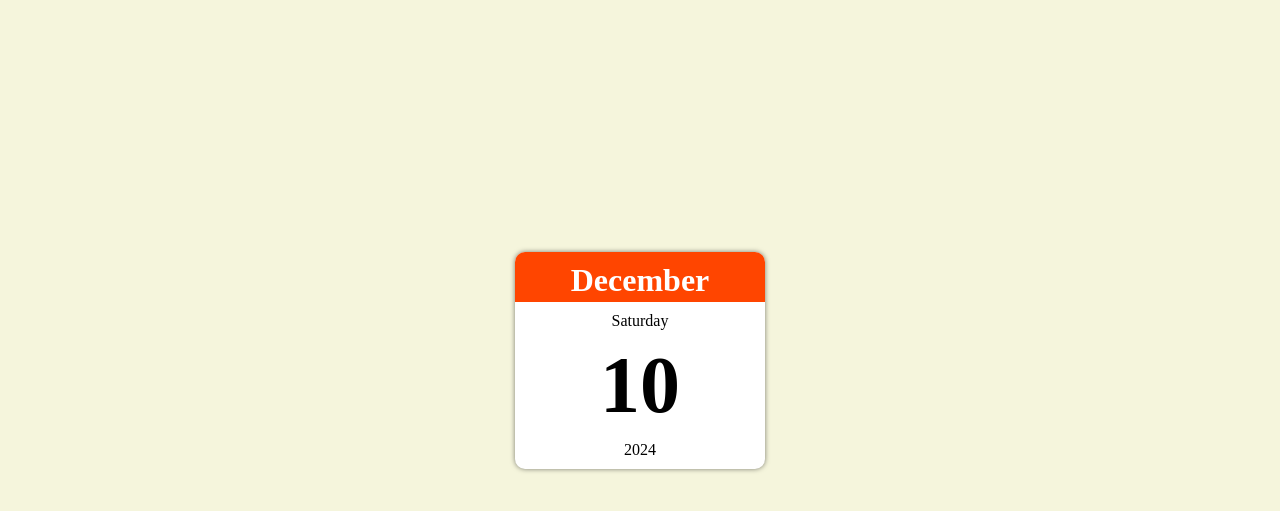
Repository: JunaidAnsari202/Mini-Calender
Page: index.html
An editor plug-in stored every save of this project. The page is shown before and after a run of saves, followed by the edit.
The browser window is 1280 px wide. The pictures show the whole page.

Above is the page before, as saved 2024-11-10 12:01:11.
Console error: ReferenceError: dae is not defined

### index.html
<!DOCTYPE html>
<html lang="en">
<head>
    <meta charset="UTF-8">
    <meta name="viewport" content="width=device-width, initial-scale=1.0">
    <title>Mini Calender</title>
    <link rel="stylesheet" href="style.css">
</head>
<body>
   <div class="container">
    <div class="month">December</div>
    <div class="weekday">Saturday</div>
    <div class="day">30</div>
    <div class="year">2024</div>

</div>

    <script src="script.js"></script>
</body>
</html>

### style.css
*{
    margin: 0;
    padding: 0;
    box-sizing: border-box;
}

body{
    background-color: beige;
    display: flex;
    justify-content: center;
    align-items: center;
    height: 100vh;
}

.container{
    width: 250px;
    background-color: white;
    border-radius: 10px;
    box-shadow: 0 0 5px 0 rgba(0,0,0,0.5);
    text-align: center;
    border: none;
}

.month{
    background-color: orangered;
    height: 50px;
    font-size: 2rem;
    font-weight: bold;
    color: white;
    padding: 10px;
    margin-bottom: 10px;
    border-radius: 10px 10px 0 0;

}

.weekday{
    margin-bottom: 10px;
}

.day{
    font-size: 5rem;
    font-weight: bold;
    margin-bottom: 10px;

}
.year{
    margin-bottom: 10px;
}

### script.js
const month=document.querySelector('.month');
const weekday=document.querySelector('.weekday');
const day=document.querySelector('.day');
const year=document.querySelector('.year');

window.addEventListener("DOMContentLoaded",()=>{
    const date= new Date();
    day.textContent=date.getDate();
    year.textContent=dae
})

After the next 3 saves:
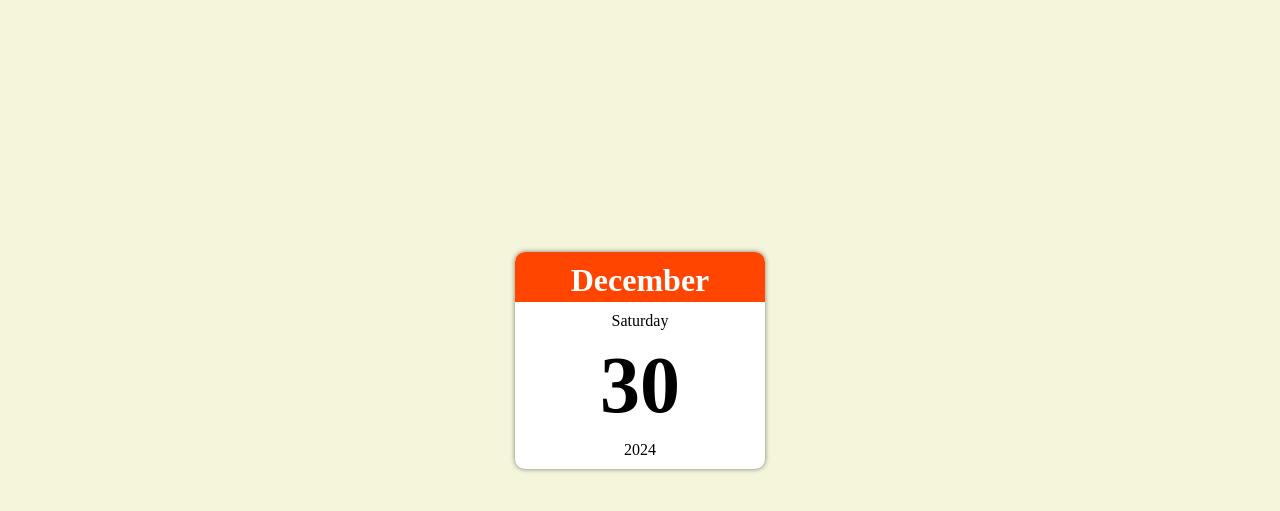
Console error: SyntaxError: Unexpected token '}'
The 3 saves are shown as one change because they came seconds apart.
The last was saved 8 s later.
--- a/script.js
+++ b/script.js
@@ -6,5 +6,5 @@ const year=document.querySelector('.year');
 window.addEventListener("DOMContentLoaded",()=>{
     const date= new Date();
     day.textContent=date.getDate();
-    year.textContent=dae
+    year.textContent=date.
 })
